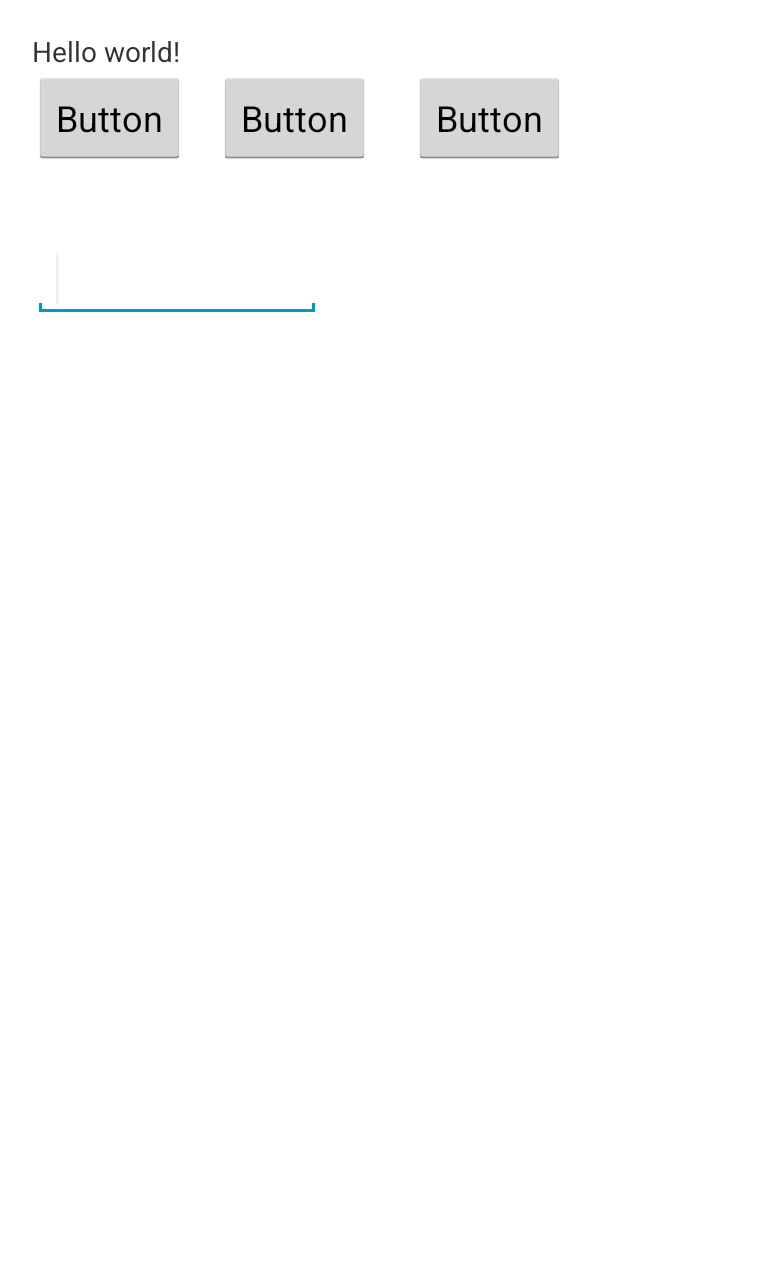
Repository: lukaszgor/mobilki
Layout: LAB6/To nieważne/Cw 6 przykład 2/Cw6zad2/res/layout/activity_main.xml
The author's editor kept a copy of each file at every save. The layout is drawn from the files as they stood at one save, then again after the next save.
It is drawn on a 768 x 1280 px phone screen (xhdpi) without system bars, with theme AppTheme; the app's code is not run.

Above is the layout before, as saved 2020-05-27 18:25:58.

### LAB6/To nieważne/Cw 6 przykład 2/Cw6zad2/res/layout/activity_main.xml
<RelativeLayout xmlns:android="http://schemas.android.com/apk/res/android"
    xmlns:tools="http://schemas.android.com/tools"
    android:layout_width="match_parent"
    android:layout_height="match_parent"
    android:paddingBottom="@dimen/activity_vertical_margin"
    android:paddingLeft="@dimen/activity_horizontal_margin"
    android:paddingRight="@dimen/activity_horizontal_margin"
    android:paddingTop="@dimen/activity_vertical_margin"
    tools:context="com.example.cw6zad2.MainActivity" >

    <TextView
        android:id="@+id/textView1"
        android:layout_width="wrap_content"
        android:layout_height="wrap_content"
        android:text="@string/hello_world" />

    <Button
        android:id="@+id/button1"
        android:layout_width="wrap_content"
        android:layout_height="wrap_content"
        android:layout_alignLeft="@+id/textView1"
        android:layout_below="@+id/textView1"
        android:text="Button" />

    <Button
        android:id="@+id/button3"
        android:layout_width="wrap_content"
        android:layout_height="wrap_content"
        android:layout_alignBaseline="@+id/button2"
        android:layout_alignBottom="@+id/button2"
        android:layout_marginLeft="20dp"
        android:layout_toRightOf="@+id/button2"
        android:text="Button" />

    <Button
        android:id="@+id/button2"
        android:layout_width="wrap_content"
        android:layout_height="wrap_content"
        android:layout_alignBaseline="@+id/button1"
        android:layout_alignBottom="@+id/button1"
        android:layout_marginLeft="15dp"
        android:layout_toRightOf="@+id/button1"
        android:text="Button" />

    <EditText
        android:id="@+id/editText1"
        android:layout_width="wrap_content"
        android:layout_height="wrap_content"
        android:layout_alignRight="@+id/button2"
        android:layout_below="@+id/button1"
        android:layout_marginRight="25dp"
        android:layout_marginTop="37dp"
        android:ems="10" >

        <requestFocus />
    </EditText>

</RelativeLayout>

### LAB6/To nieważne/Cw 6 przykład 2/Cw6zad2/res/values/strings.xml
<?xml version="1.0" encoding="utf-8"?>
<resources>

    <string name="app_name">Cw6zad2</string>
    <string name="hello_world">Hello world!</string>
    <string name="action_settings">Settings</string>

</resources>

Loaded but not shown: LAB6/To nieważne/Cw 6 przykład 2/Cw6zad2/res/values/styles.xml (common file); LAB6/To nieważne/Cw 6 przykład 2/Cw6zad2/res/values-v11/styles.xml (common file); LAB6/To nieważne/Cw 6 przykład 2/Cw6zad2/res/values-v14/styles.xml (common file); LAB6/To nieważne/Cw 6 przykład 2/Cw6zad2/res/values/dimens.xml (common file); LAB6/To nieważne/Cw 6 przykład 2/Cw6zad2/res/values-w820dp/dimens.xml (common file)

After the next save:
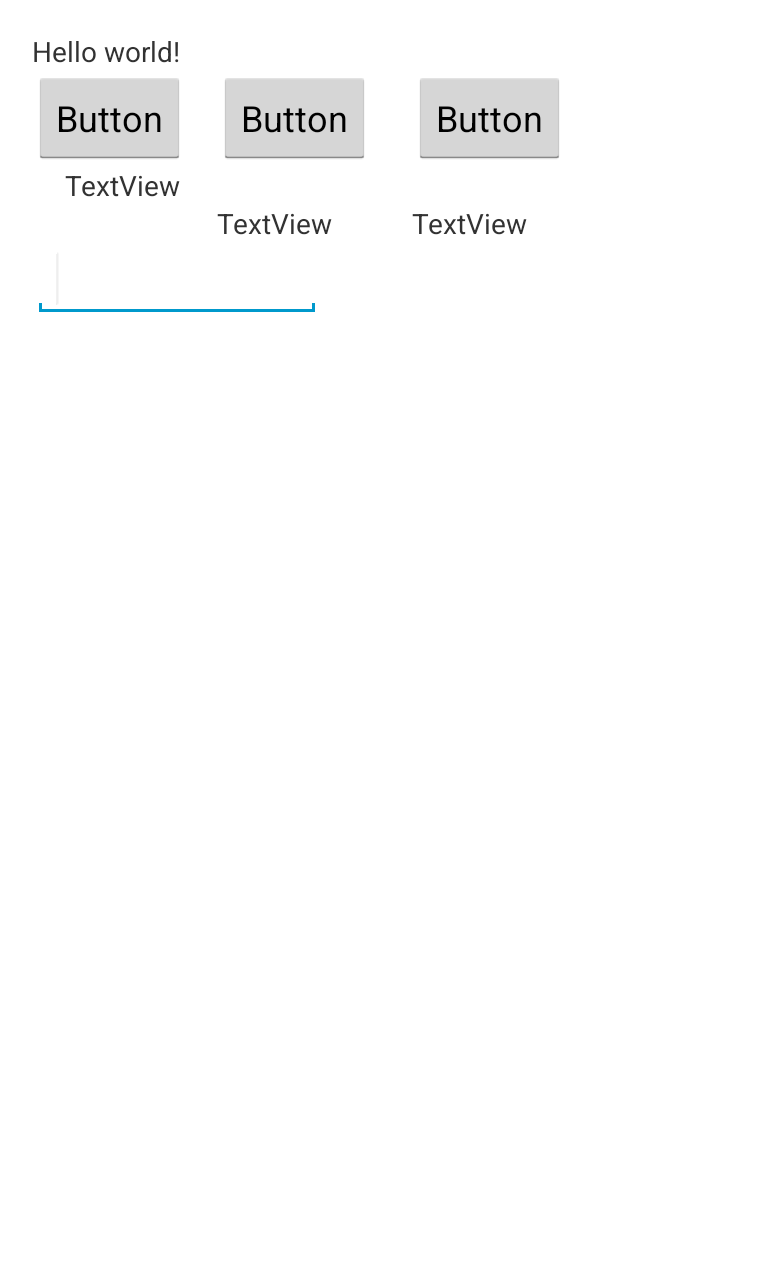
Saved 47 s later.
--- a/LAB6/To nieważne/Cw 6 przykład 2/Cw6zad2/res/layout/activity_main.xml
+++ b/LAB6/To nieważne/Cw 6 przykład 2/Cw6zad2/res/layout/activity_main.xml
@@ -55,4 +55,28 @@
         <requestFocus />
     </EditText>
 
+    <TextView
+        android:id="@+id/textView2"
+        android:layout_width="wrap_content"
+        android:layout_height="wrap_content"
+        android:layout_alignRight="@+id/textView1"
+        android:layout_below="@+id/button1"
+        android:text="TextView" />
+
+    <TextView
+        android:id="@+id/textView3"
+        android:layout_width="wrap_content"
+        android:layout_height="wrap_content"
+        android:layout_alignLeft="@+id/button2"
+        android:layout_below="@+id/textView2"
+        android:text="TextView" />
+
+    <TextView
+        android:id="@+id/textView4"
+        android:layout_width="wrap_content"
+        android:layout_height="wrap_content"
+        android:layout_alignLeft="@+id/button3"
+        android:layout_below="@+id/textView2"
+        android:text="TextView" />
+
 </RelativeLayout>
